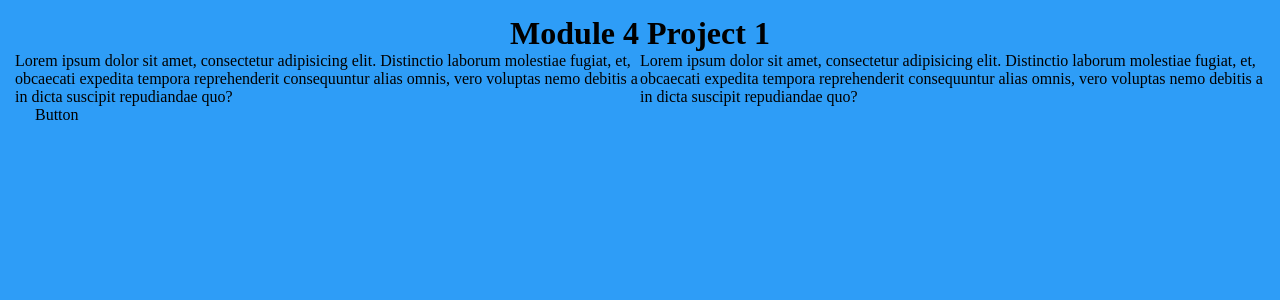
Repository: mlmEFSC21/P6-External-Style-Sheet
Page: index.html
The author's editor kept a copy of each file at every save. The page is drawn from the files as they stood at one save, then again after the next save.
The browser window is 1280 px wide. The pictures show the whole page.

Above is the page before, as saved 2022-02-09 20:09:25.

### index.html
<!DOCTYPE html>
<html lang="en">
    <head>
        <meta charset="UTF-8" />
        <meta http-equiv="X-UA-Compatible" content="IE=edge" />
        <meta name="viewport" content="width=device-width, initial-scale=1.0" />
        <link rel="stylesheet" href="Styles.css" />
        <title>External Style Sheets</title>
    </head>
    <header><h1>Module 4 Project 1</h1></header>
    <body>
        <div class="floatContainer">
            <p class="p1">
                Lorem ipsum dolor sit amet, consectetur adipisicing elit. Distinctio laborum
                molestiae fugiat, et, obcaecati expedita tempora reprehenderit consequuntur alias
                omnis, vero voluptas nemo debitis a in dicta suscipit repudiandae quo?
            </p>

            <p class="p2">
                Lorem ipsum dolor sit amet, consectetur adipisicing elit. Distinctio laborum
                molestiae fugiat, et, obcaecati expedita tempora reprehenderit consequuntur alias
                omnis, vero voluptas nemo debitis a in dicta suscipit repudiandae quo?
            </p>
        </div>
        <div class="button">Button</div>
    </body>
</html>

### Styles.css
:root {
    /* --clr-font: black; */
    --clr-background: #2e9df7;
    --clr-button: #ffc907;
}
*,
*::before,
*::after {
    margin: 0;
    padding: 0;
    box-sizing: border-box;
}
header {
    text-align: center;
}
body {
    background-color: var(--clr-background);
    color: black;
    margin: 10px;
    padding: 5px;
}
.p1 {
    float: left;
    width: 50%;
    height: fit-content;
}
.p2 {
    float: right;
    width: 50%;
}
.button {
    padding: 20px;
}

After the next save:
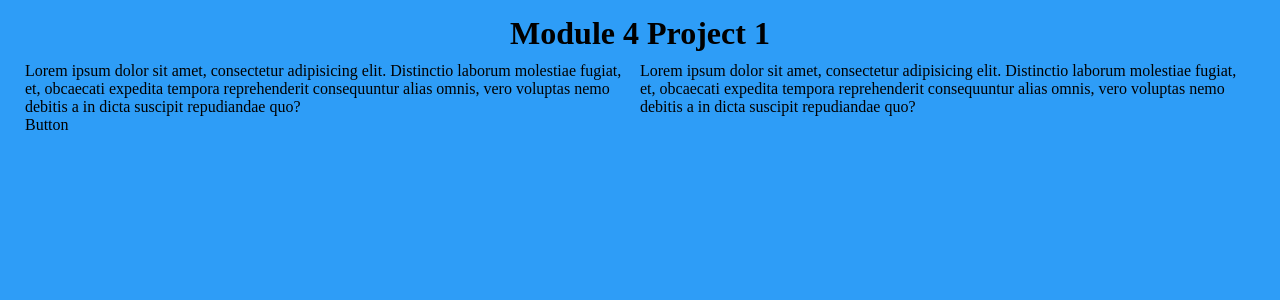
Saved 21 s later.
--- a/Styles.css
+++ b/Styles.css
@@ -19,6 +19,9 @@ body {
     margin: 10px;
     padding: 5px;
 }
+div {
+    padding: 10px;
+}
 .p1 {
     float: left;
     width: 50%;
@@ -29,5 +32,4 @@ body {
     width: 50%;
 }
 .button {
-    padding: 20px;
 }
